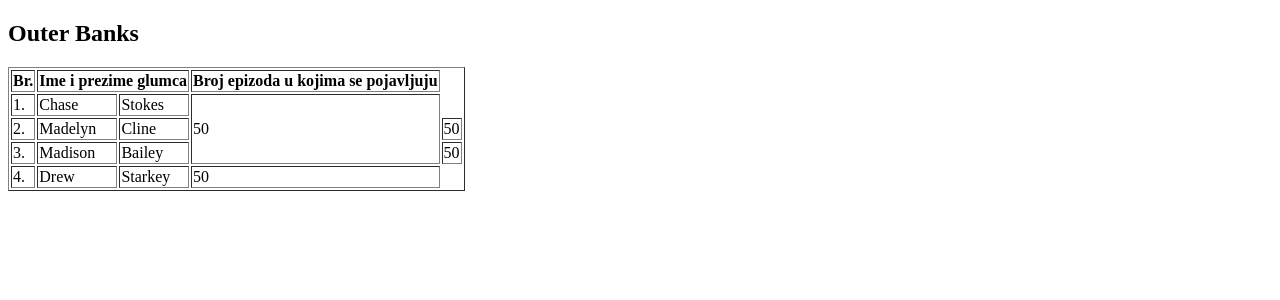
Repository: larabiondic/wp_biondic_lara
Page: Domace zadace/Zadaća.2.html
An editor plug-in stored every save of this project. The page is shown before and after the next save, followed by the edit.
The browser window is 1280 px wide. The pictures show the whole page.

Above is the page before, as saved 2025-11-03 20:11:08.

### Domace zadace/Zadaća.2.html
<!DOCTYPE html>
<html lang="en">
<head>
    <meta name="viewport" content="width=device-width, initial-scale=1.0">
    <meta name="description" content="Zadaća 2.">
    <meta name="keywords" content="HTML, CSS, JavaScript">
    <meta name="author" content="Lara Biondić">
    <title>Zadaća 2.</title>
</head>
<body>
    <h2>Outer Banks</h2>
    <table border="1">
        <tr>
            <th>Br.</th>
            <th colspan="2">Ime i prezime glumca</th>
            <th>Broj epizoda u kojima se pojavljuju</th>
        </tr>
        <tr>
            <td>1.</td>
            <td>Chase</td>
            <td>Stokes</td>
            <td rowspan="3">50</td>
        </tr>
        <tr>
            <td>2.</td>
            <td>Madelyn</td>
            <td>Cline</td>
            <td>50</td>
        </tr>
        <tr>
            <td>3.</td>
            <td>Madison</td>
            <td>Bailey</td>
            <td>50</td>
        </tr>
        <tr>
            <td>4.</td>
            <td>Drew</td>
            <td>Starkey</td>
            <td>50</td>
        </tr>

    </table>
</body>
</html>

After the next save:
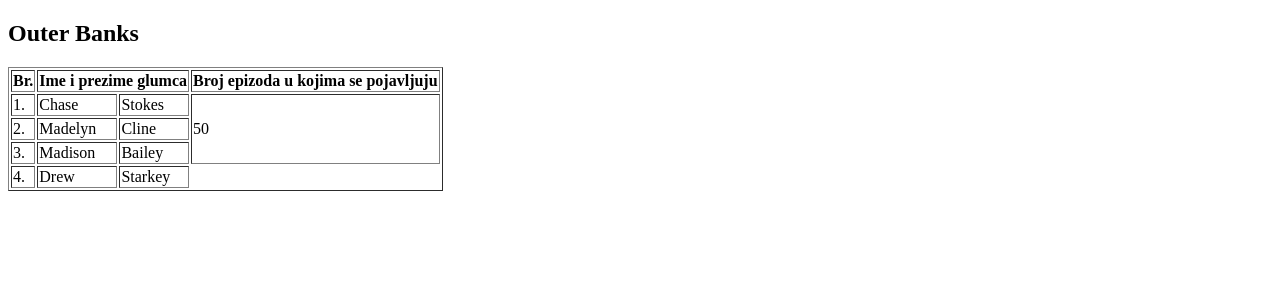
Saved 16 s later.
--- a/Domace zadace/Zadaća.2.html
+++ b/Domace zadace/Zadaća.2.html
@@ -25,19 +25,19 @@
             <td>2.</td>
             <td>Madelyn</td>
             <td>Cline</td>
-            <td>50</td>
+
         </tr>
         <tr>
             <td>3.</td>
             <td>Madison</td>
             <td>Bailey</td>
-            <td>50</td>
+
         </tr>
         <tr>
             <td>4.</td>
             <td>Drew</td>
             <td>Starkey</td>
-            <td>50</td>
+
         </tr>
 
     </table>
